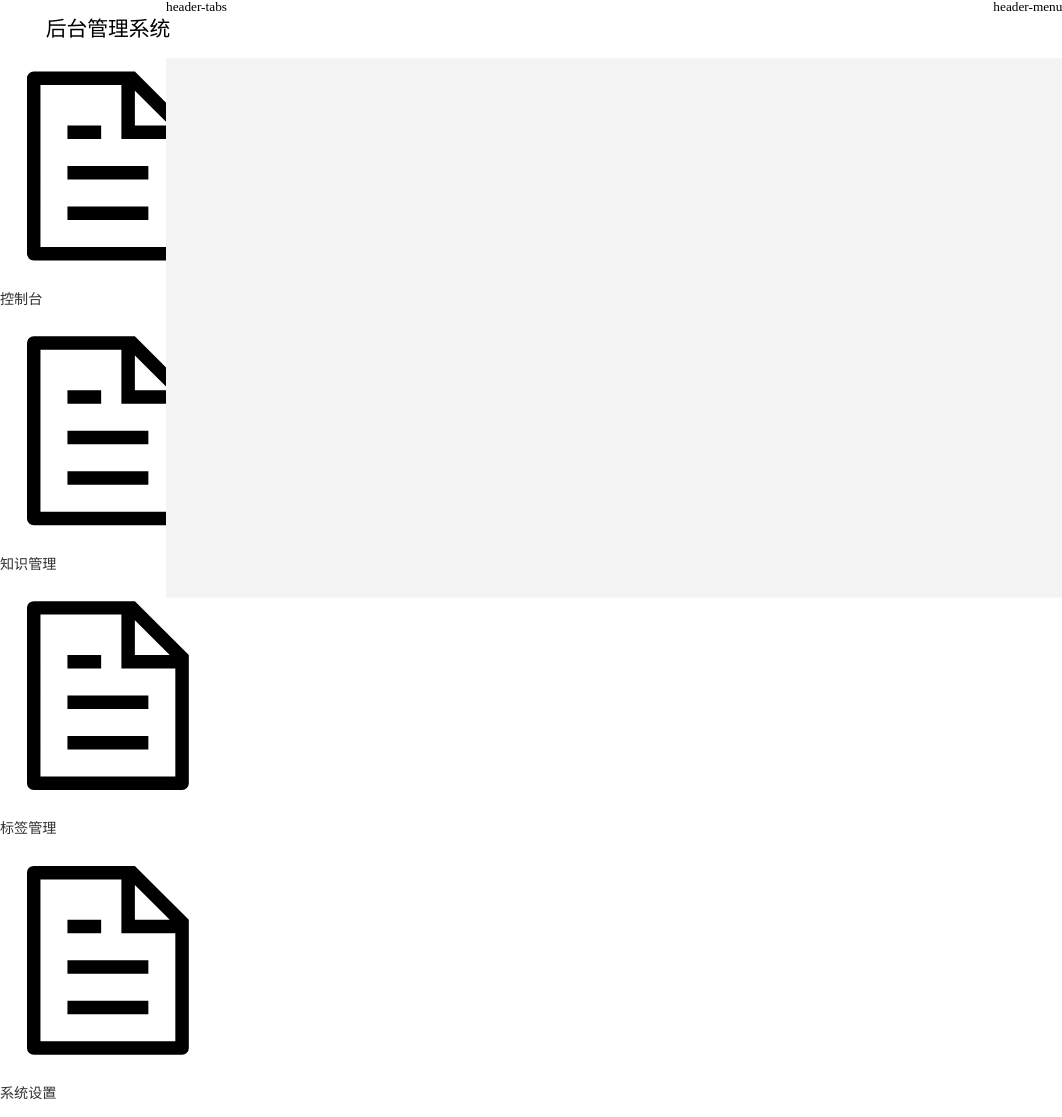
Repository: serrrN/vue-vite-template
Page: /
These files come from the project's save history. The page is drawn as it stood at one moment and after the next save; the edit follows.
The browser window is 1280 px wide. The pictures show the whole page, at 83% of full size.
The project was rebuilt for these pictures with package versions that can differ from the ones it lists, and the page was loaded fresh each time. Also part of the build but not shown: vite.config.ts, src/styles/index.scss.

Above is the page before, as saved 2024-06-02 15:57:52.

### src/main.ts
import { createApp } from 'vue'
import App from './App.vue'
import ElementPlus from 'element-plus'
import zhCn from 'element-plus/es/locale/lang/zh-cn'
import * as ElementPlusIconsVue from '@element-plus/icons-vue'
import router from './router'
import 'reset-css'
import "./styles/index.scss"
import pinia from "@/store/index"
const app = createApp(App)
for (const [key, component] of Object.entries(ElementPlusIconsVue)) {
  app.component(key, component)
}
app.use(pinia)
app.use(ElementPlus, { locale: zhCn })
app.use(router)
app.mount('#app')

### src/App.vue
<script setup lang="ts">

</script>

<template>
  <router-view></router-view>
</template>

<style>
*{
  box-sizing: border-box;
}
 #app,html,body{
  width: 100%;
  height: 100%;
 }
</style>

### src/router/index.ts
import { createRouter,createWebHistory } from "vue-router"
const routes = [
    {
        path: "/",
        name: "home",
        component: () => import("@/layout/index.vue")
    }
]
const router = createRouter({
    history: createWebHistory(),
    routes
})
export default router

### src/store/index.ts
import { createPinia } from 'pinia'
const pinia = createPinia()
export default pinia

### src/layout/index.vue
<template>
  <div class="layout-container">
     <div class="left">
        <Menu/>
     </div>
     <div class="right">
      <div class="header"><Header/></div>
      <div class="main"><Main/></div>
     </div>
  </div>
</template>

<script lang="ts" setup>
import Menu from "./menu/index.vue"
import Header from "./header/index.vue"
import Main from "./main/index.vue"
</script>

<style scoped lang="scss">
.layout-container{
  width: 100%;
  height: 100%;
  display: flex;
  .left{
    height: 100%;
    width: $layout-container-left-max-width;
  }
  .right{
    width: calc(100% - $layout-container-left-max-width);
    .header{
      width: 100%;
      height: $layout-container-header-height;
      display: flex;
      justify-content:space-between;
    }
    .main{
      height: calc(100% - $layout-container-header-height);
      width: 100%;
      background-color: #f3f3f3;
    }
  }
}
</style>

### src/styles/variable.scss
// 布局容器左边未塌陷宽度
$layout-container-left-max-width:200px;
// 布局容器左边塌陷后宽度
$layout-container-left-min-width:0px;

// 布局容器头部高度
$layout-container-header-height:70px;

### src/layout/menu/index.vue
<template>
  <el-menu
    default-active="2"
    class="el-menu-vertical-demo"
    :collapse="isCollapse"
    @open="handleOpen"
    @close="handleClose"
  >
    <div class="header">
      <div class="name">后台管理系统</div>
    </div>

    <el-menu-item index="1">
      <el-icon><document /></el-icon>
      <span>控制台</span>
    </el-menu-item>
    <el-menu-item index="2">
      <el-icon><document /></el-icon>
      <span>知识管理</span>
    </el-menu-item>
    <el-menu-item index="3">
      <el-icon><document /></el-icon>
      <span>标签管理</span>
    </el-menu-item>
    <el-menu-item index="4">
      <el-icon><document /></el-icon>
      <span>系统设置</span>
    </el-menu-item>
  </el-menu>
</template>

<script lang="ts" setup>
import { ref } from 'vue'

const isCollapse = ref(false)
const handleOpen = (key: string, keyPath: string[]) => {
  console.log(key, keyPath)
}
const handleClose = (key: string, keyPath: string[]) => {
  console.log(key, keyPath)
}
</script>

<style>
.el-menu {
  height: 100%;
  .name {
    text-align: center;
    width: 100%;
    height: 70px;
    font-size: 25px;
    line-height: 70px;
  }
  .el-menu-item span {
    color: rgb(48, 49, 51);
    font-weight: 400;
    font-size: 17px;
    line-height: 56px;
    font-family: 'Helvetica Neue', Helvetica, 'PingFang SC', 'Hiragino';
  }
}
.el-menu-vertical-demo:not(.el-menu--collapse) {
  width: 260px;
  min-height: 400px;
}
</style>

### src/layout/header/index.vue
<template>
 <Tabs/>
 <Menu/>
</template>
<script setup lang="ts">
import Tabs from "./tabs/index.vue"
import Menu from "./menu/index.vue"
</script>
<style lang="scss" scoped>

</style>

### src/layout/main/index.vue
<template>
    <router-view></router-view>
</template>
<script setup lang="ts">

</script>
<style lang="scss" scoped>

</style>

### src/layout/header/tabs/index.vue
<template>
<div class="header-tabs">header-tabs</div>
</template>
<script setup lang="ts">

</script>
<style lang="scss" scoped>

</style>

### src/layout/header/menu/index.vue
<template>
<div class="header-menu">header-menu</div>
</template>
<script setup lang="ts">

</script>
<style lang="scss" scoped>

</style>

Loaded but not shown: index.html (common file)

After the next save:
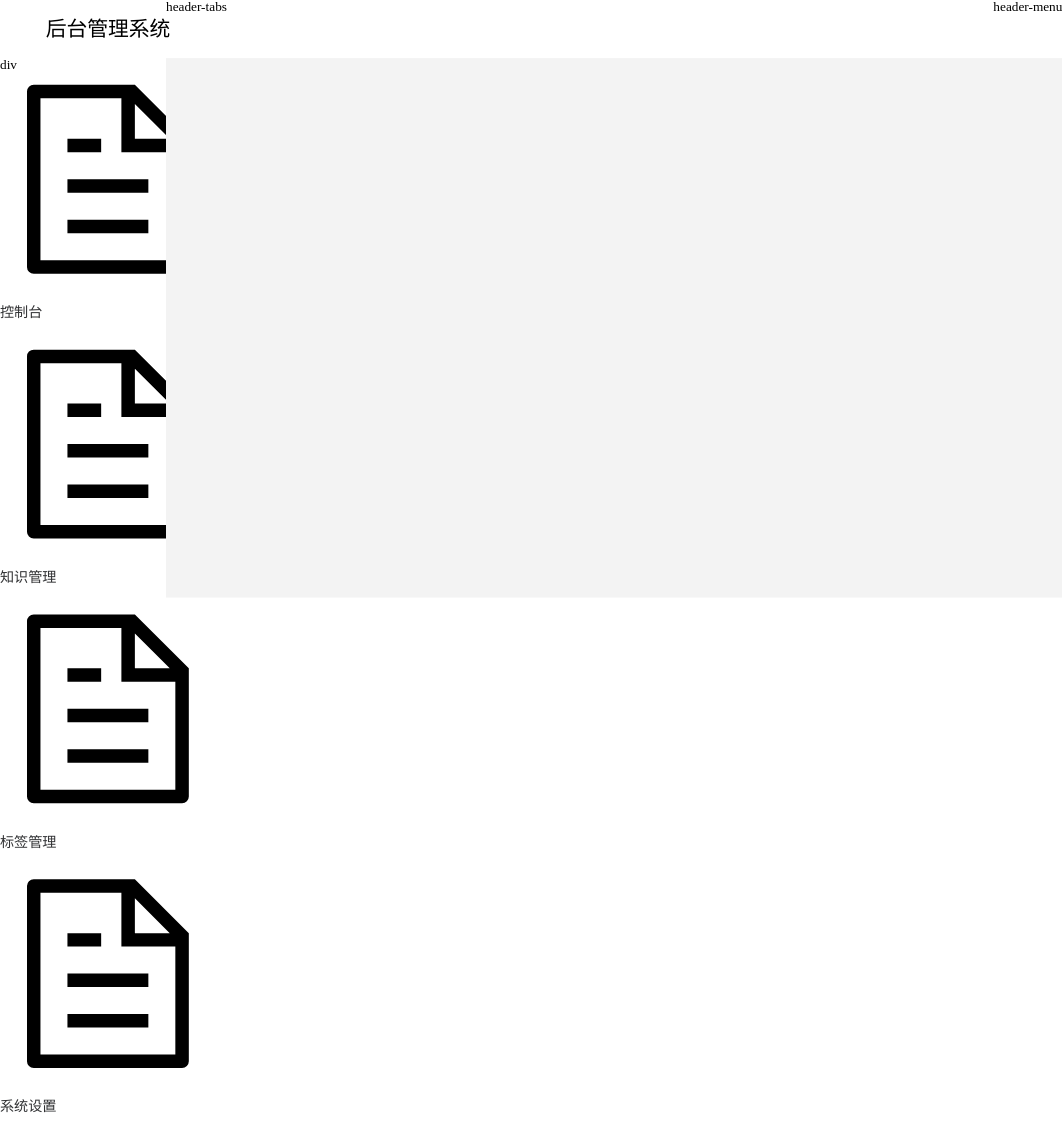
Saved 28 s later.
--- a/src/layout/menu/index.vue
+++ b/src/layout/menu/index.vue
@@ -7,7 +7,9 @@
     @close="handleClose"
   >
     <div class="header">
+      <div class="logo"></div>
       <div class="name">后台管理系统</div>
+      div
     </div>
 
     <el-menu-item index="1">

After the save that followed:
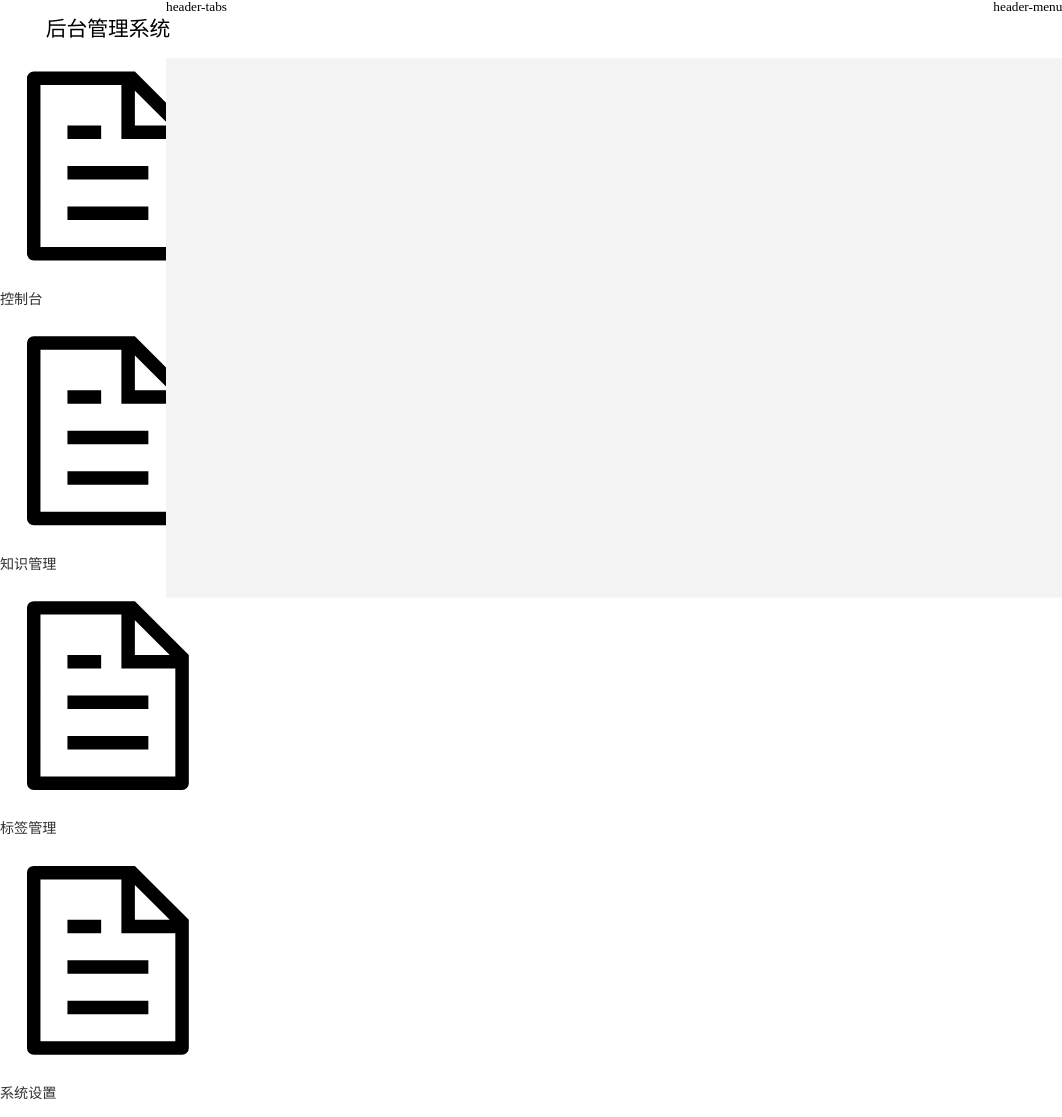
Saved 54 s later.
--- a/src/layout/menu/index.vue
+++ b/src/layout/menu/index.vue
@@ -7,9 +7,9 @@
     @close="handleClose"
   >
     <div class="header">
-      <div class="logo"></div>
+      <div class="logo-wrapped"></div>
       <div class="name">后台管理系统</div>
-      div
+      <div class="fold-icon-wrapped"></div>
     </div>
 
     <el-menu-item index="1">
